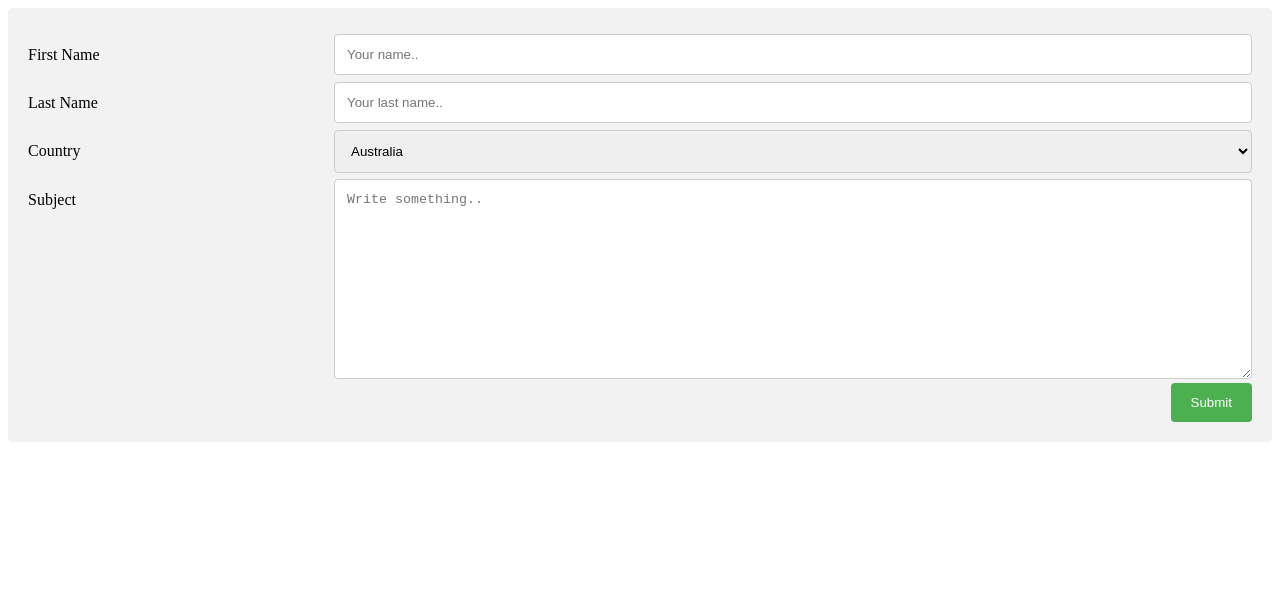
Repository: iphyokafor/VGG-Feedback-form
Page: index2.html
An editor plug-in stored every save of this project. The page is shown before and after the next save, followed by the edit.
The browser window is 1280 px wide. The pictures show the whole page.

Above is the page before, as saved 2020-01-12 23:18:32.

After the next save:
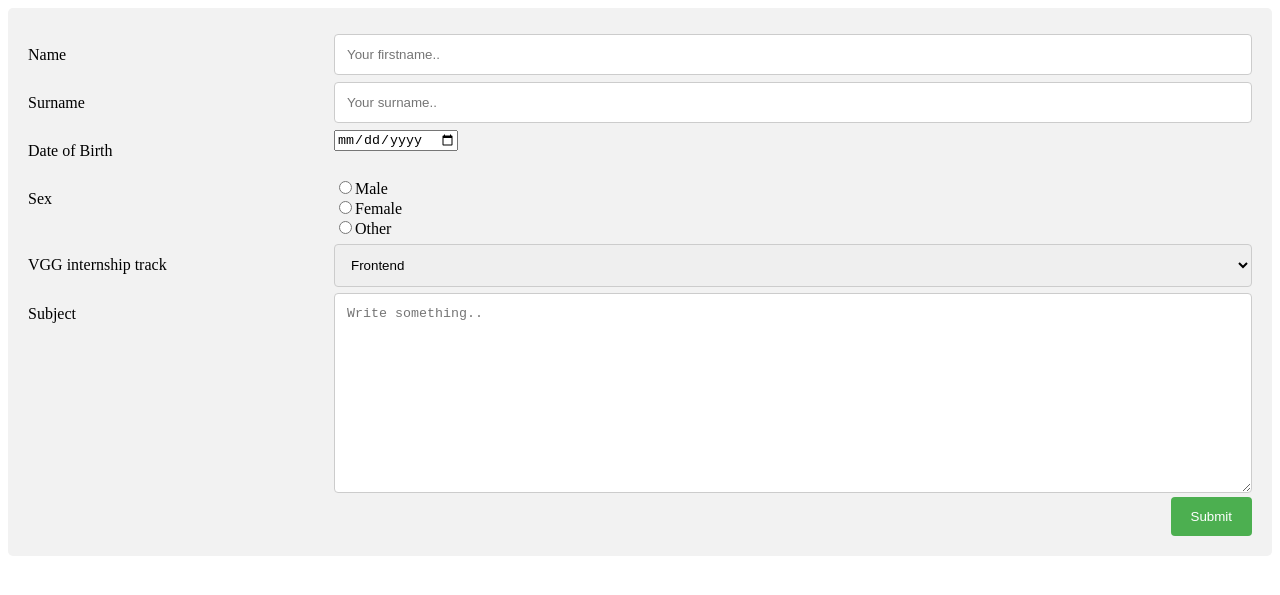
Saved 18 min 21 s later.
--- a/index2.html
+++ b/index2.html
@@ -14,29 +14,49 @@
         <form action="action_page.php">
             <div class="row">
                 <div class="col-25">
-                    <label for="fname">First Name</label>
+                    <label for="name">Name</label>
                 </div>
                 <div class="col-75">
-                    <input type="text" id="fname" name="firstname" placeholder="Your name..">
+                    <input type="text" id="name" name="name" placeholder="Your firstname..">
                 </div>
             </div>
             <div class="row">
                 <div class="col-25">
-                    <label for="lname">Last Name</label>
+                    <label for="surname">Surname</label>
                 </div>
                 <div class="col-75">
-                    <input type="text" id="lname" name="lastname" placeholder="Your last name..">
+                    <input type="text" id="surname" name="surname" placeholder="Your surname..">
                 </div>
             </div>
             <div class="row">
                 <div class="col-25">
-                    <label for="country">Country</label>
+                    <label for="dob">Date of Birth</label>
                 </div>
                 <div class="col-75">
-                    <select id="country" name="country">
-            <option value="australia">Australia</option>
-            <option value="canada">Canada</option>
-            <option value="usa">USA</option>
+                    <input type="date" id="date" name="date">
+                </div>
+            </div>
+            <div class="row">
+                <div class="col-25">
+                    <label for="sex">Sex</label>
+                </div>
+                <div class="col-75">
+                    <input type="radio" name="gender">Male<br>
+                    <input type="radio" name="gender">Female<br>
+                    <input type="radio" name="gender">Other
+                </div>
+            </div>
+            <div class="row">
+                <div class="col-25">
+                    <label for="VGG internship">VGG internship track</label>
+                </div>
+                <div class="col-75">
+                    <select id="VGG internship" name="VGG">
+            <option value="frontend">Frontend</option>
+            <option value="backend">Backend</option>
+            <option value="ui/ux">UI/UX</option>
+            <option value="software">Software Quality Assurance</option>
+            <option value="devops">DevOps</option>
           </select>
                 </div>
             </div>
